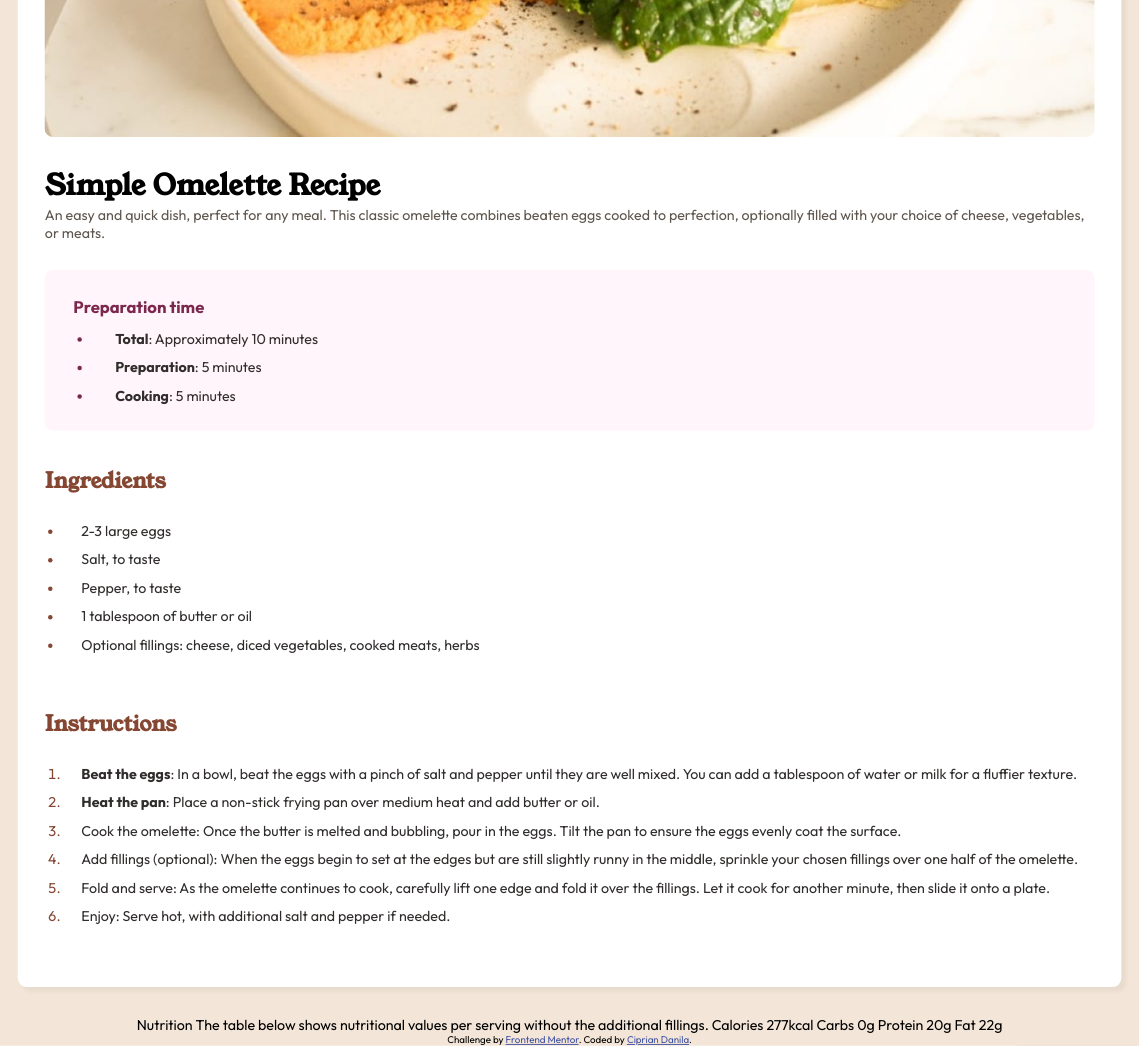
Repository: cipdanila/recipe-page
Page: index.html
The author's editor kept a copy of each file at every save. The page is drawn from the files as they stood at one save, then again after the next save.
The browser window is 1280 px wide. The pictures show the whole page, at 89% of full size.

Above is the page before, as saved 2024-01-21 20:19:31.

### index.html
<!DOCTYPE html>
<html lang="en">
<head>
  <meta charset="UTF-8">
  <meta name="viewport" content="width=device-width, initial-scale=1.0"> <!-- displays site properly based on user's device -->

  <link rel="icon" type="image/png" sizes="32x32" href="./assets/images/favicon-32x32.png">
  <link rel="stylesheet" href="styles.css">

  <title>Frontend Mentor | Recipe page</title>

</head>
<body>
  <main>
    <div class="container">
      <img src="./assets/images//image-omelette.jpeg" alt="image-omlette">
      <div class="intro-section">
        <h1>Simple Omelette Recipe</h1>
        <p>
          An easy and quick dish, perfect for any meal. This classic omelette combines beaten eggs cooked
          to perfection, optionally filled with your choice of cheese, vegetables, or meats.
        </p>
      </div>
      <div class="prep-container">
        <h3>Preparation time</h3>
        <ul>
          <li><span>Total</span>: Approximately 10 minutes</li>
          <li><span>Preparation</span>: 5 minutes</li>
          <li><span>Cooking</span>: 5 minutes</li>
        </ul>
      </div>
      <div class="ingredients-container">
        <h2>Ingredients</h2>
        <ul>
          <li>2-3 large eggs</li>
          <li>Salt, to taste</li>
          <li>Pepper, to taste</li>
          <li>1 tablespoon of butter or oil</li>
          <li>Optional fillings: cheese, diced vegetables, cooked meats, herbs</li>
        </ul>
      </div>
      <hr>
      <div class="instructions-container">
        <h2>Instructions</h2>
        <ol>
          <li><strong>Beat the eggs</strong>: In a bowl, beat the eggs with a pinch of salt and pepper until they are well mixed.
            You can add a tablespoon of water or milk for a fluffier texture.</li>
          <li><strong>Heat the pan</strong>: Place a non-stick frying pan over medium heat and add butter or oil.</li>
          <li><strong></strong>Cook the omelette: Once the butter is melted and bubbling, pour in the eggs. Tilt the pan to ensure
            the eggs evenly coat the surface.</li>
          <li><strong></strong>Add fillings (optional): When the eggs begin to set at the edges but are still slightly runny in the
            middle, sprinkle your chosen fillings over one half of the omelette.</li>
          <li><strong></strong>Fold and serve: As the omelette continues to cook, carefully lift one edge and fold it over the
            fillings. Let it cook for another minute, then slide it onto a plate.</li>
          <li><strong></strong>Enjoy: Serve hot, with additional salt and pepper if needed.</li>
        </ol>
      </div>
      <hr>
    </div>
  </main>

  Nutrition

  The table below shows nutritional values per serving without the additional fillings.

  Calories
  277kcal

  Carbs
  0g

  Protein
  20g

  Fat
  22g
  <footer>
    <div class="attribution">
      Challenge by <a href="https://www.frontendmentor.io?ref=challenge" target="_blank" rel="noopener">Frontend Mentor</a>.
      Coded by <a href="https://github.com/cipdanila" target="_blank" rel="noopener noreferrer">Ciprian Danila</a>.
    </div>
  </footer>
</body>
</html>

### styles.css
@import url("https://fonts.googleapis.com/css2?family=Outfit:wght@400;600;700&family=Young+Serif&display=swap");

* {
    margin: 0;
    padding: 0;
    box-sizing: border-box;
}

:root {
    /* Primary Colors */
    --nutmeg: hsl(14, 45%, 36%);            /* h2 */
    --dark-raspberry: hsl(332, 51%, 32%);   /* h3 */
    /* Neutral Colors */
    --white: hsl(0, 0%, 100%);              /* main container */
    --rose-white: hsl(330, 100%, 98%);      /* second container */
    --eggshell: hsl(30, 54%, 90%);          /* body */
    --light-grey: hsl(30, 18%, 87%);        /* shadow */
    --wenge-brown: hsl(30, 10%, 34%);       /* regular font */
    --dark-charcoal: hsl(24, 5%, 18%);      /* bold font */
    /* Fonts */
    --font-heads: 'Young Serif', sans-serif;
    --font-body: 'Outfit', sans-serif;
}

body {
    font-family: var(--font-body);
    font-size: 16px;
    background-color: var(--eggshell);
    display: flex;
    flex-direction: column;
    align-items: center;
    justify-content: center;
    height: calc(100vh - 1px);
    margin: 1.25rem;
}

img {
    max-width: 100%;
}

h1, h2 {
    font-family: var(--font-heads);
}

h2 {
    color: var(--nutmeg);
}

h3 {
    font-family: var(--font-body);
    color: var(--dark-raspberry);
}

p {
    color: var(--wenge-brown);
}

.container {
    background-color: var(--white);
    padding: 1.90rem;
    border-radius: 0.625rem;
    box-shadow: 5px 5px 5px rgba(0, 0, 0, 0.05);
    display: flex;
    flex-direction: column;
    align-items: center;
    margin-bottom: 2rem;
}

.container img {
    border-radius: 0.625rem;
    margin-bottom: 1rem;
}

.intro-section {
    display: flex;
    flex-direction: column;
    align-items: flex-start;
    width: 100%;
    margin: 1rem;
}

.prep-container {
    width: 100%;
    display: flex;
    flex-direction: column;
    align-items: flex-start;
    background-color: var(--rose-white);
    border-radius: 0.625rem;
    margin: 1rem auto 1rem;
    padding: 1.5rem 2rem;
    line-height: 2;
}

.prep-container ul {
    list-style-position: inside;
    padding-left: 5px;
}

.prep-container ul li::marker {
    color: var(--dark-raspberry);
}

.prep-container ul li {
    color: var(--dark-charcoal);
}

.prep-container ul li span {
    font-weight: 700;
    color: var(--dark-charcoal);
    margin-left: 1.25rem;
}

.ingredients-container {
    width: 100%;
    display: flex;
    flex-direction: column;
    align-items: flex-start;
    border-radius: 0.625rem;
    margin: 1rem auto 1rem;
    line-height: 2;
}

.ingredients-container ul {
    padding-left: 5px;
    margin: 1rem;
}

.ingredients-container ul li::marker {
    color: var(--nutmeg);
}

.ingredients-container ul li {
    color: var(--dark-charcoal);
    padding-left: 20px;
}

.ingredients-container ul li span {
    font-weight: 700;
    color: var(--dark-charcoal);
    margin-left: 1.5rem;
}

.instructions-container {
    width: 100%;
    display: flex;
    flex-direction: column;
    align-items: flex-start;
    border-radius: 0.625rem;
    margin: 1rem auto 1rem;
    line-height: 2;
}

.instructions-container ol {
    padding-left: 5px;
    margin: 1rem;
}

.instructions-container ol li::marker {
    color: var(--nutmeg);
}

.instructions-container ol li {
    color: var(--dark-charcoal);
    padding-left: 20px;
}

.instructions-container ol li span {
    font-weight: 700;
    color: var(--dark-charcoal);
    margin-left: 1.5rem;
}

.container hr {
    align-self: center;
    height: 1px;
    background: var(--light-grey);
    border: medium;
}

.attribution {
    font-size: 11px;
    text-align: center;
}

.attribution a {
    color: hsl(228, 45%, 44%);
}

@media (min-width: 375px) {
/**/
}

After the next save:
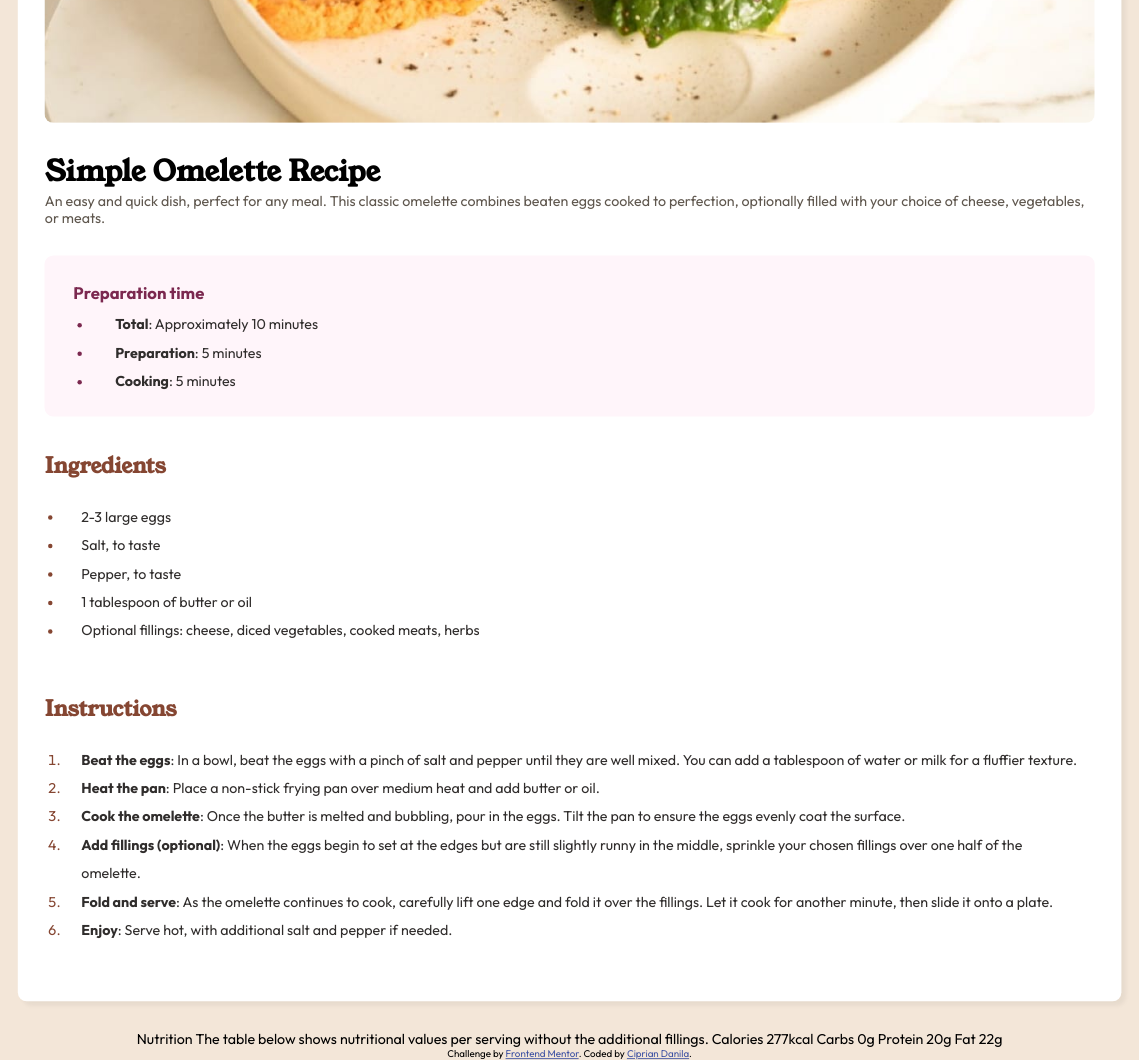
Saved 52 s later.
--- a/index.html
+++ b/index.html
@@ -46,13 +46,13 @@
           <li><strong>Beat the eggs</strong>: In a bowl, beat the eggs with a pinch of salt and pepper until they are well mixed.
             You can add a tablespoon of water or milk for a fluffier texture.</li>
           <li><strong>Heat the pan</strong>: Place a non-stick frying pan over medium heat and add butter or oil.</li>
-          <li><strong></strong>Cook the omelette: Once the butter is melted and bubbling, pour in the eggs. Tilt the pan to ensure
+          <li><strong>Cook the omelette</strong>: Once the butter is melted and bubbling, pour in the eggs. Tilt the pan to ensure
             the eggs evenly coat the surface.</li>
-          <li><strong></strong>Add fillings (optional): When the eggs begin to set at the edges but are still slightly runny in the
+          <li><strong>Add fillings (optional)</strong>: When the eggs begin to set at the edges but are still slightly runny in the
             middle, sprinkle your chosen fillings over one half of the omelette.</li>
-          <li><strong></strong>Fold and serve: As the omelette continues to cook, carefully lift one edge and fold it over the
+          <li><strong>Fold and serve</strong>: As the omelette continues to cook, carefully lift one edge and fold it over the
             fillings. Let it cook for another minute, then slide it onto a plate.</li>
-          <li><strong></strong>Enjoy: Serve hot, with additional salt and pepper if needed.</li>
+          <li><strong>Enjoy</strong>: Serve hot, with additional salt and pepper if needed.</li>
         </ol>
       </div>
       <hr>
